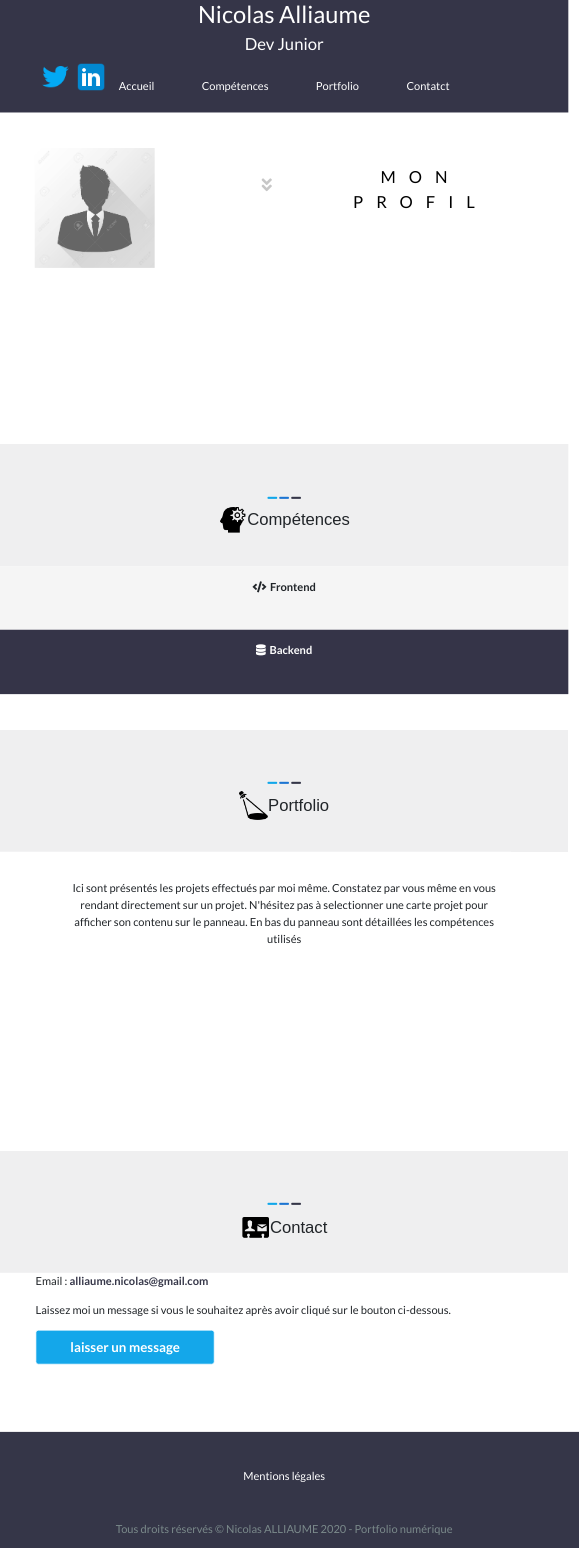
Repository: Nicolas-al/alliaumen
Page: templates/main/index.html.twig
These files come from the project's save history. The page is drawn as it stood at one moment and after the next save; the edit follows.
The browser window is 768 px wide. The page is 783 px wide, so the pictures cover 783 px, including what lies to the right of the window. The pictures show the whole page, at 74% of full size.
Some web fonts or font styles are not loaded; a fallback is used. Some web libraries are served in a nearby version. The page is a Twig template of a Symfony application; nobody is signed in and links lead nowhere. The template is opened directly, without the code that normally fills it, so the values that code supplies are empty.

Above is the page before, as saved 2020-09-15 15:42:48.

After the next save:
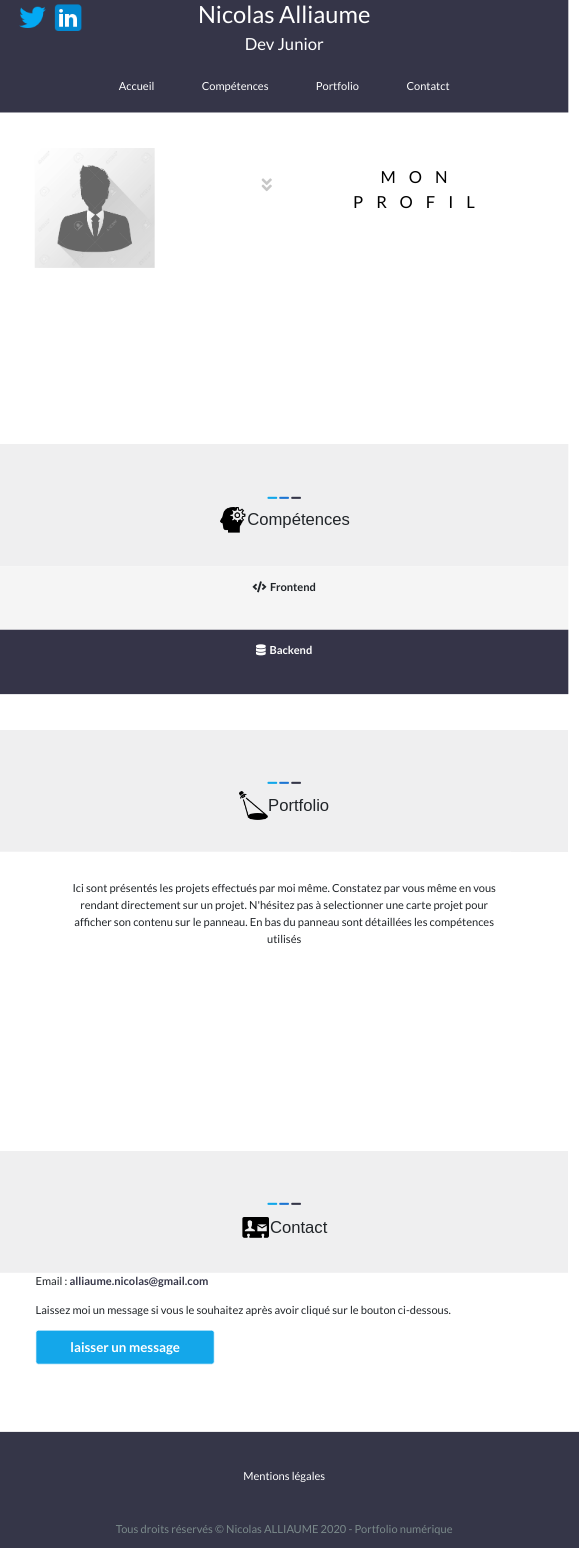
Saved 13 min 45 s later.
--- a/public/css/style.css
+++ b/public/css/style.css
@@ -462,8 +462,8 @@ h6{
     }
     .block_network{
         position: absolute;
-        top: 10%;
-        left: 5%;
+        top: 0%;
+        left: 1%;
     }
     .block_network h6{
         display: none;
